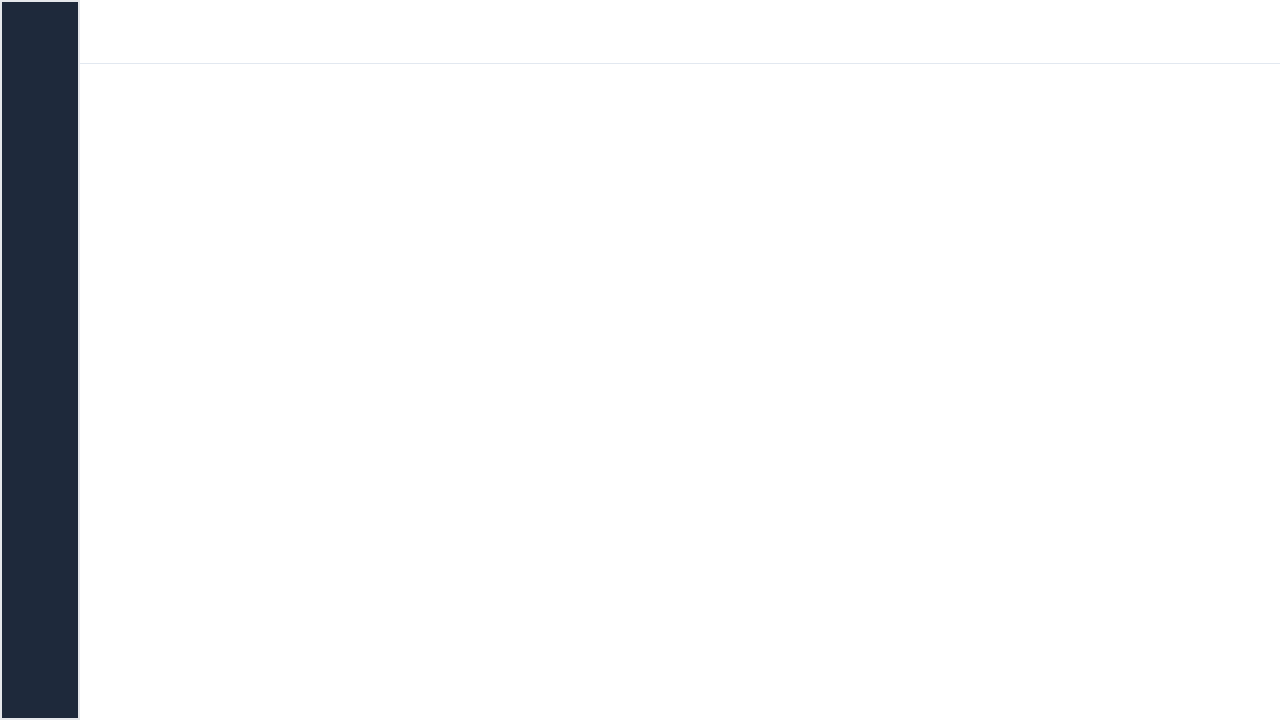
Repository: VictorJPimentel/Resume-Matcher
Page: / (app in frontend/)
The author's editor kept a copy of each file at every save. The page is drawn from the files as they stood at one save, then again after the next save.
The browser window is 1280 px wide. The pictures show the whole page.
The project was rebuilt for these pictures with package versions that can differ from the ones it lists, and the page was loaded fresh each time. Also part of the build but not shown: frontend/src/components/FileUpload.jsx.

Above is the page before, as saved 2022-08-09 19:34:22.

### frontend/src/App.jsx
import axios from "axios";
import React, { useEffect, useState } from "react";
import "./App.css";
import "bootstrap/dist/css/bootstrap.min.css";
import "../node_modules/bootstrap/dist/css/bootstrap.min.css";
import "bootstrap/dist/css/bootstrap.min.css";
import { useDropzone } from "react-dropzone";
import { Routes, Route, useLocation } from "react-router-dom";
import Home from "./pages/Home";

import FileUpload from "./components/FileUpload";

function App() {
  // const [ name, setName ] = useState("")
  // const [home, setHome] = useState("")
  const [keywords, setKey] = useState("");
  const [database, setDatabase] = useState("");

  // useEffect(() => {
  //   axios.get("http://localhost:4000/keywords").then(function (response) {
  //     setKey(response.data);
  //   });
  // });

  // useEffect(() => {
  //   axios.get("http://localhost:4000/database").then(function (response) {
  //     setDatabase(response.data);
  //   });
  // });

  // useEffect(() => {
  //   axios.get("http://localhost:4000/home").then(function(response){
  //     setHome(response.data)
  //   })
  // })

  // async function postName(e) {
  // 	e.preventDefault()
  // 	try {
  // 		await axios.post("http://localhost:4000/post_name", {
  // 			name
  // 		})
  // 	} catch (error) {
  // 		console.error(error)
  // 	}
  // }

  // /* <form onSubmit={postName}>
  //                       <input type="text" value={name} onChange={(e) => setName(e.target.value)} />
  //                       <button type="submit">Send Name</button>
  //                   </form> */

  const [files, setFiles] = useState([]);

  const { getRootProps, getInputProps } = useDropzone({
    accept: "image/*",
  });

  const images = files.map((file) => (
    <div key={file.name}>
      <div>
        <img src={file.preview} style={{ width: "200px" }} alt="preview" />
      </div>
    </div>
  ));

  return (
    <>
      <Routes>
        <Route exact path="/" element={<Home />} />
      </Routes>
    </>
  );
}

export default App;

### frontend/src/pages/Home.jsx
import React, { useState } from "react";

// import Sidebar from "../partials/Sidebar";
import Header from "../components/Header";
import Filter from "../components/Filters";
// import WelcomeBanner from "../partials/dashboard/WelcomeBanner";

function Home() {
  return (
    <div className="flex h-screen overflow-hidden">
      {/* Sidebar */}

      <Filter />
      {/* Content area */}
      <div className="relative flex flex-col flex-1 overflow-y-auto overflow-x-hidden">
        {/*  Site header */}
        <Header />

        <main>
          <div className="px-4 sm:px-6 lg:px-8 py-8 w-full max-w-9xl mx-auto">
            {/* Welcome banner */}
            {/* <WelcomeBanner /> */}

            {/* Line chart (Acme Plus) */}

            {/* Card (Customers) */}
            {/* <DashboardCard10 /> */}
          </div>
        </main>
      </div>
    </div>
  );
}

export default Home;

### frontend/src/components/Header.jsx
import React, { useState } from "react";

function Header() {
  return (
    <header className="sticky top-0 bg-white border-b border-slate-200 z-30">
      <div className="px-4 sm:px-6 lg:px-8">
        <div className="flex items-center justify-between h-16 -mb-px">
          {/* Header: Left side */}
          <div className="flex">
            {/* Hamburger button */}
            <button
              className="text-slate-500 hover:text-slate-600 lg:hidden"
              aria-controls="sidebar"
            >
              <span className="sr-only">Open sidebar</span>
              <svg
                className="w-6 h-6 fill-current"
                viewBox="0 0 24 24"
                xmlns="http://www.w3.org/2000/svg"
              >
                <rect x="4" y="5" width="16" height="2" />
                <rect x="4" y="11" width="16" height="2" />
                <rect x="4" y="17" width="16" height="2" />
              </svg>
            </button>
          </div>

          {/* Header: Right side */}
        </div>
      </div>
    </header>
  );
}

export default Header;

### frontend/src/components/Filters.jsx
import React, { useState, useEffect, useRef } from "react";
import { NavLink, useLocation } from "react-router-dom";

function Filter() {
  return (
    <div>
      {/* Sidebar */}
      <div
        id="sidebar"
        className="flex flex-col absolute z-40 left-0 top-0 lg:static lg:left-auto lg:top-auto lg:translate-x-0 transform h-screen
         overflow-y-scroll lg:overflow-y-auto no-scrollbar w-64 lg:w-20 lg:sidebar-expanded:!w-64 2xl:!w-64 shrink-0 bg-slate-800
         border-2 slate-800 -600
        "
      >
        {/* Sidebar header */}
        <div className="flex justify-between mb-10 pr-3 sm:px-2">
          {/* Close button */}
          {/* Logo */}
        </div>
      </div>
    </div>
  );
}

export default Filter;

Loaded but not shown: frontend/public/index.html (common file); frontend/src/index.js (common file); frontend/src/index.css (common file); frontend/src/reportWebVitals.js (common file); frontend/src/App.css (common file); frontend/tailwind.config.js (common file)

After the next save:
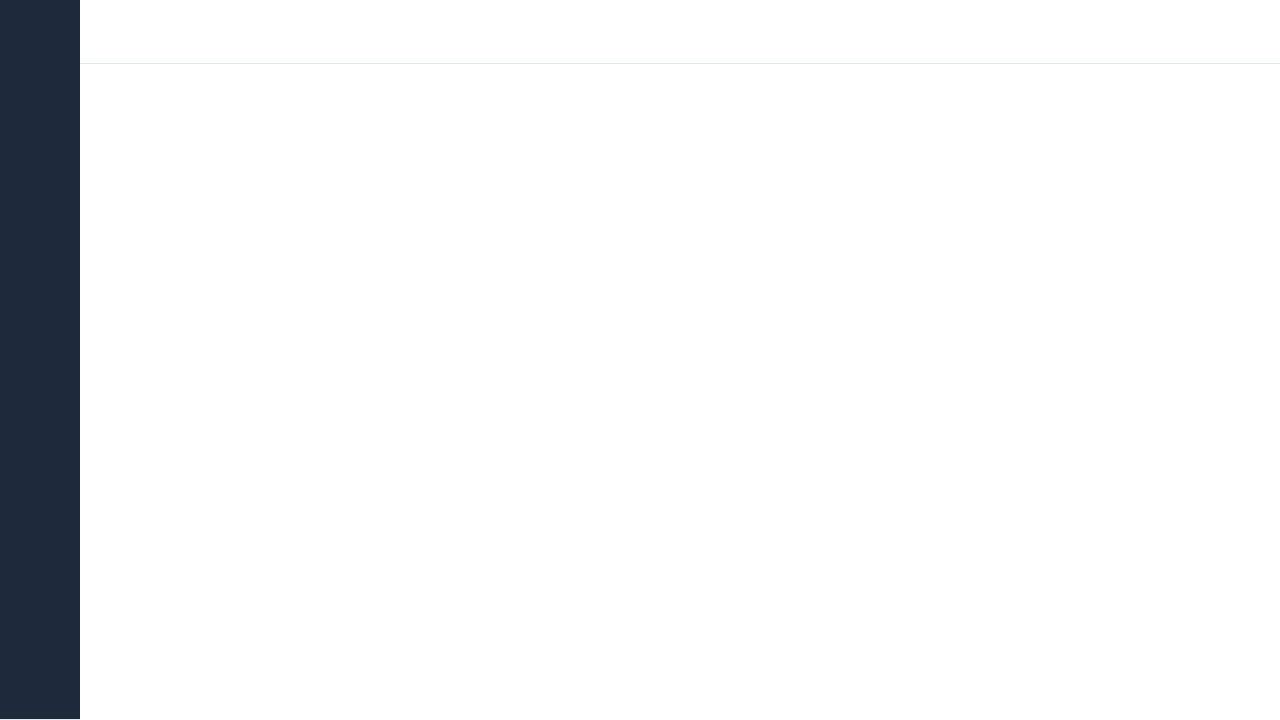
Saved 13 s later.
--- a/frontend/src/components/Filters.jsx
+++ b/frontend/src/components/Filters.jsx
@@ -9,7 +9,7 @@ function Filter() {
         id="sidebar"
         className="flex flex-col absolute z-40 left-0 top-0 lg:static lg:left-auto lg:top-auto lg:translate-x-0 transform h-screen
          overflow-y-scroll lg:overflow-y-auto no-scrollbar w-64 lg:w-20 lg:sidebar-expanded:!w-64 2xl:!w-64 shrink-0 bg-slate-800
-         border-2 slate-800 -600
+         border-b slate-800
         "
       >
         {/* Sidebar header */}
